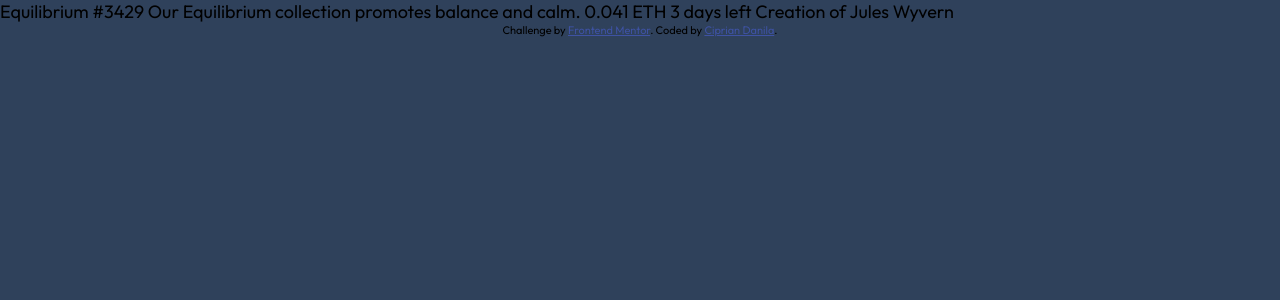
Repository: cipdanila/NFT-preview-card-component
Page: index.html
The author's editor kept a copy of each file at every save. The page is drawn from the files as they stood at one save, then again after the next save.
The browser window is 1280 px wide. The pictures show the whole page.

Above is the page before, as saved 2024-01-26 18:52:14.

After the next save:
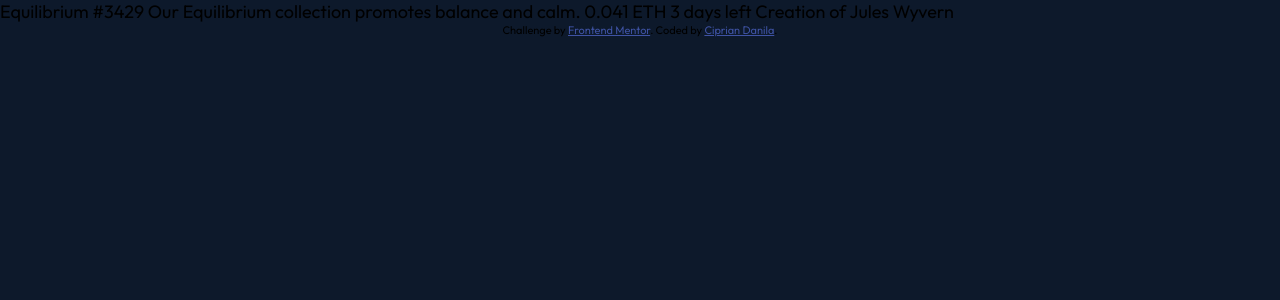
Saved 89 s later.
--- a/style.css
+++ b/style.css
@@ -4,12 +4,12 @@
     /* Colors */
     /* Primary */
     --soft-blue: hsl(215, 51%, 70%);
-    --cyan: hsl(178, 100%, 50%);            /* active states */
+    --cyan: hsl(178, 100%, 50%);                 /* active states */
     /* Neutrals */
     --very-dark-blue-main: hsl(217, 54%, 11%);   /* main background */
     --very-dark-blue-card: hsl(216, 50%, 16%);   /* card background */
-    --very-dark-blue: hsl(215, 32%, 27%);   /* paragraph */
-    --white: hsl(0, 0%, 100%);              /* title */
+    --very-dark-blue-line: hsl(215, 32%, 27%);   /* paragraph */
+    --white: hsl(0, 0%, 100%);                   /* title */
 }
 
 * {
@@ -23,7 +23,7 @@
     flex-direction: column;
     font-family: 'Outfit', sans-serif;
     font-size: 18px;
-    background-color: var(--very-dark-blue);
+    background-color: var(--very-dark-blue-main);
 }
 
 .attribution {
